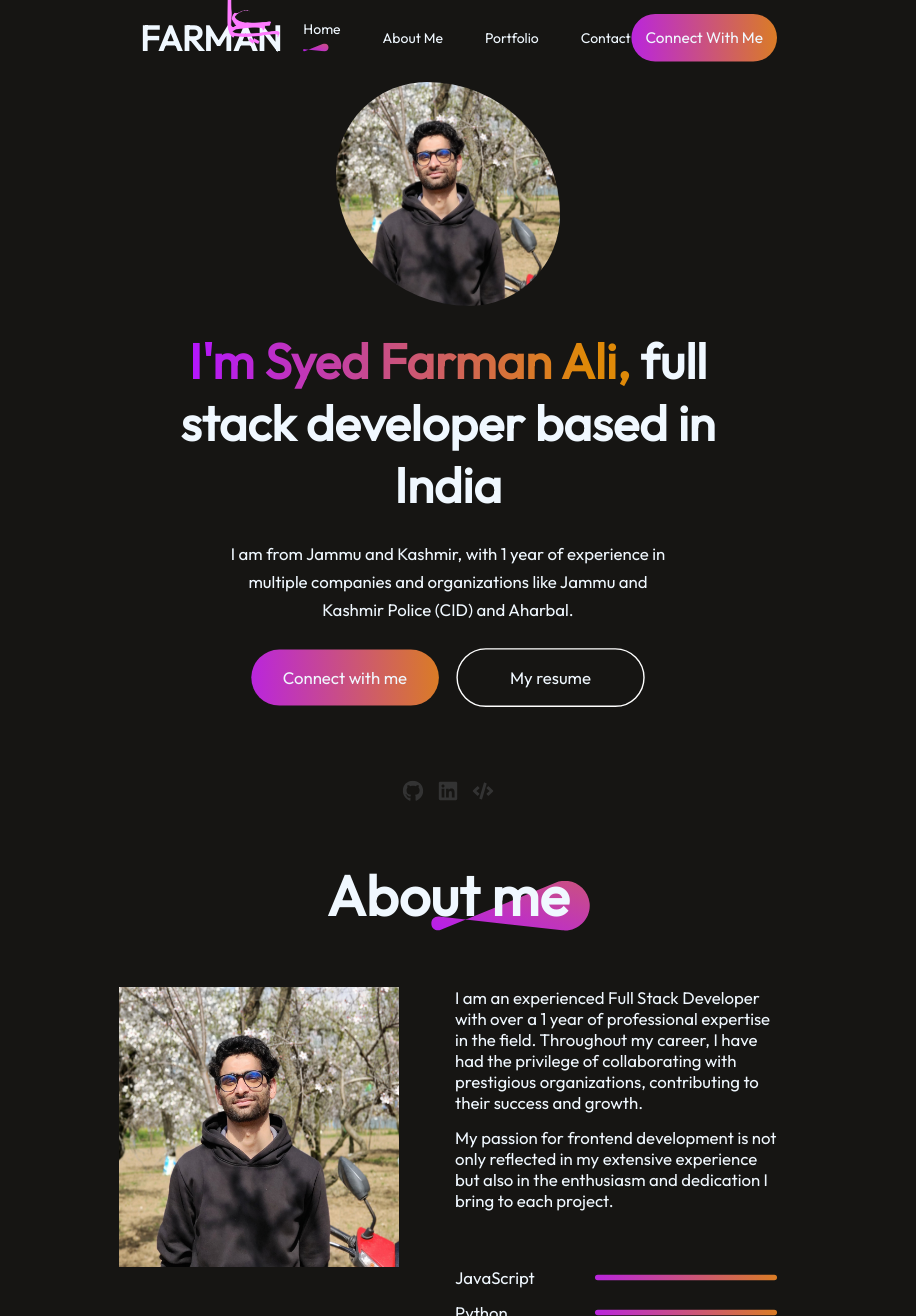
Repository: FARMAN9/portfolio_React
Page: /
The author's editor kept a copy of each file at every save. The page is drawn from the files as they stood at one save, then again after a run of saves.
The browser window is 1280 px wide. The page is 1309 px wide, so the pictures cover 1309 px, including what lies to the right of the window. The pictures show the part of the page from y = 0 to 1880 px (the page is 4854 px tall before and 4895 px after), at 70% of full size.
The project was rebuilt for these pictures with package versions that can differ from the ones it lists, and the page was loaded fresh each time. Also part of the build but not shown: vite.config.js.

Above is the page before, as saved 2024-10-16 21:42:06.

After the next 5 saves:
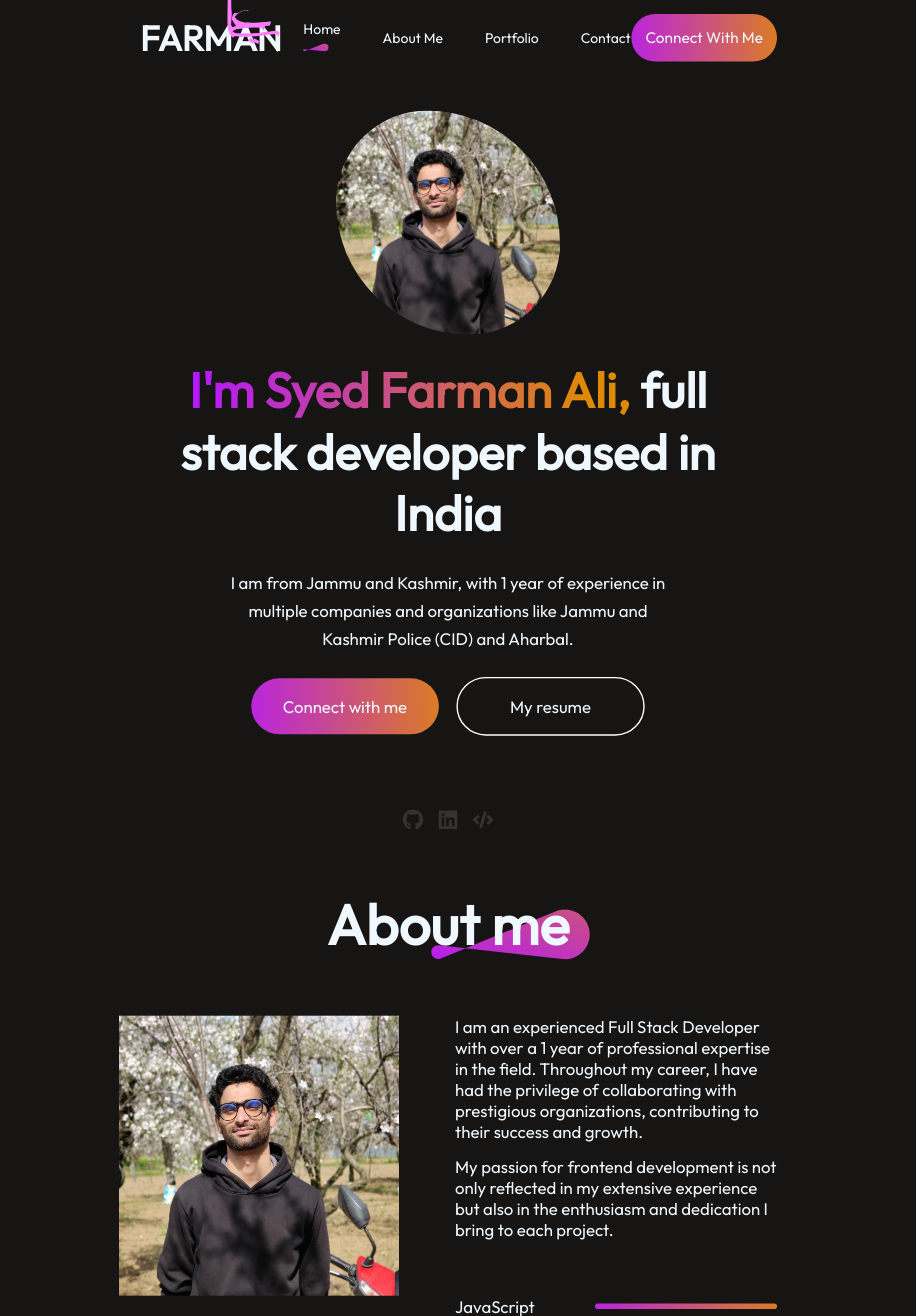
The 5 saves are shown as one change because they came seconds apart.
The last was saved 23 s later.
--- a/src/Components/Hero/Hero.css
+++ b/src/Components/Hero/Hero.css
@@ -5,7 +5,7 @@
   gap: 35px;
 }
 .hero img {
-  margin-top: 9px;
+  margin-top: 50px;
   border-radius: 50% 60%;
   width: 20rem;
   height: 20rem;
